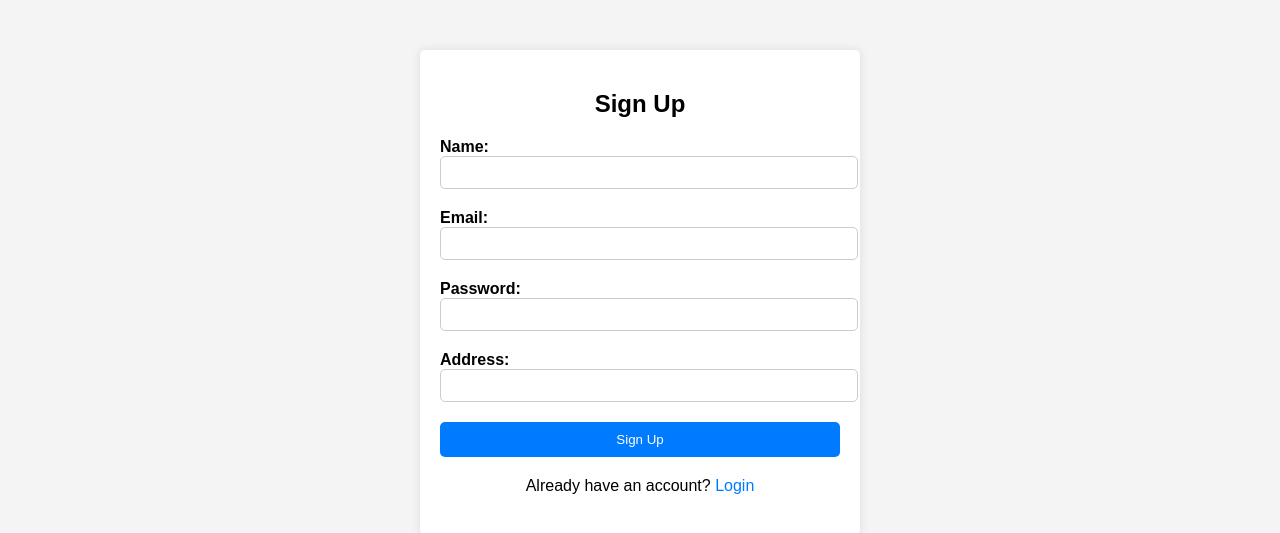
Repository: iDevVikram/login-signup-authentication-using-servlet
Page: signin-signup-demo/WebContent/Signup.html
The author's editor kept a copy of each file at every save. The page is drawn from the files as they stood at one save, then again after the next save.
The browser window is 1280 px wide. The pictures show the whole page.

Above is the page before, as saved 2024-03-04 18:32:34.

### signin-signup-demo/WebContent/Signup.html
<!DOCTYPE html>
<html lang="en">
<head>
<meta charset="UTF-8">
<meta name="viewport" content="width=device-width, initial-scale=1.0">
<title>Login & SignUp Form</title>
<link href="CSS/style.css" rel="stylesheet" type="text/css">
</head>
<body>
<div class="container" id="signupContainer">
    <h2>Sign Up</h2>
    <form id="signupForm">
        <div class="form-group">
            <label for="signupName">Name:</label>
            <input type="text" id="signupName" name="signupName" required>
        </div>
        <div class="form-group">
            <label for="signupEmail">Email:</label>
            <input type="email" id="signupEmail" name="signupEmail" required>
        </div>
        <div class="form-group">
            <label for="signupPassword">Password:</label>
            <input type="password" id="signupPassword" name="signupPassword" required>
        </div>
        <div class="form-group">
            <label for="signupName">Address:</label>
            <input type="text" id="signupName" name="signupName" required>
        </div>
        <div class="form-group">
            <button type="submit">Sign Up</button>
        </div>
        <div class="form-group text-center">
            <span>Already have an account? <a href="login.html" id="showLoginForm">Login</a></span>
        </div>
    </form>
</div>

</body>
</html>

### signin-signup-demo/WebContent/CSS/style.css
body {
        font-family: Arial, sans-serif;
        margin: 0;
        padding: 0;
        background-color: #f4f4f4;
    }

    .container {
        max-width: 400px;
        margin: 50px auto;
        background: #fff;
        padding: 20px;
        border-radius: 5px;
        box-shadow: 0 0 10px rgba(0, 0, 0, 0.1);
    }
   h1 {
        text-align: center;
        margin-bottom: 30px;
    }

    p {
        margin-bottom: 20px;
    }

    .btn {
        display: inline-block;
        padding: 10px 20px;
        background-color: #007bff;
        color: #fff;
        text-decoration: none;
        border-radius: 5px;
    }

    .btn:hover {
        background-color: #0056b3;
    }
    h2 {
        text-align: center;
    }

    .form-group {
        margin-bottom: 20px;
    }

    .form-group label {
        display: block;
        font-weight: bold;
    }

    .form-group input {
        width: 100%;
        padding: 8px;
        border: 1px solid #ccc;
        border-radius: 5px;
    }

    .form-group button {
        width: 100%;
        padding: 10px;
        background-color: #007bff;
        color: #fff;
        border: none;
        border-radius: 5px;
        cursor: pointer;
    }

    .form-group button:hover {
        background-color: #0056b3;
    }

    .form-group.text-center {
        text-align: center;
    }

    .form-group.text-center a {
        color: #007bff;
        text-decoration: none;
    }

    .form-group.text-center a:hover {
        text-decoration: underline;
    }

After the next save:
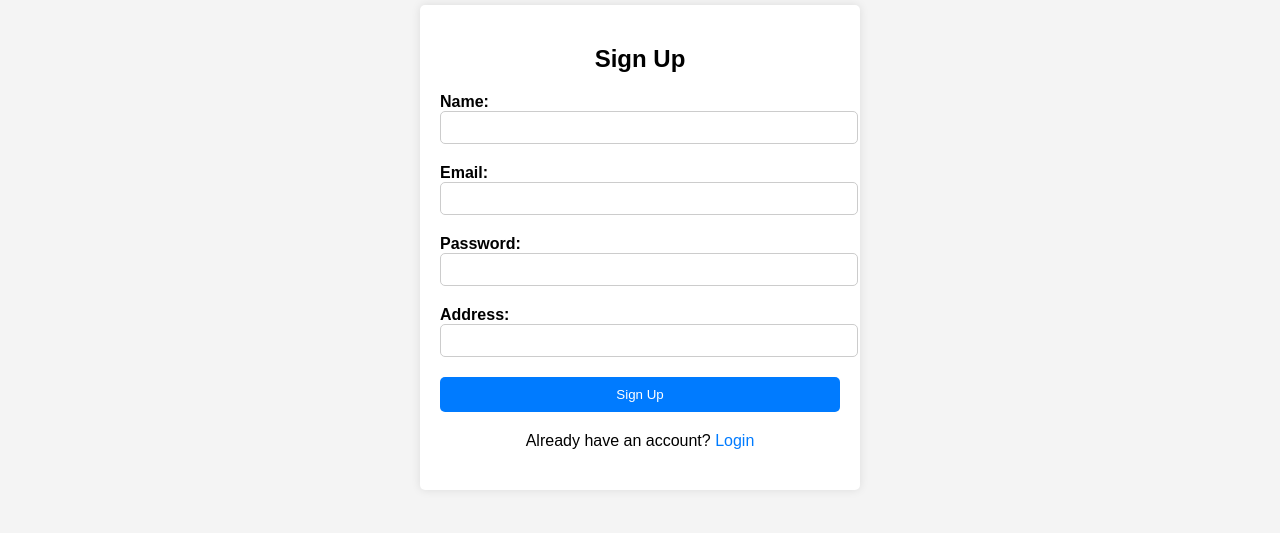
Saved 36 s later.
--- a/signin-signup-demo/WebContent/CSS/style.css
+++ b/signin-signup-demo/WebContent/CSS/style.css
@@ -7,7 +7,7 @@ body {
 
     .container {
         max-width: 400px;
-        margin: 50px auto;
+        margin: 5px auto;
         background: #fff;
         padding: 20px;
         border-radius: 5px;
